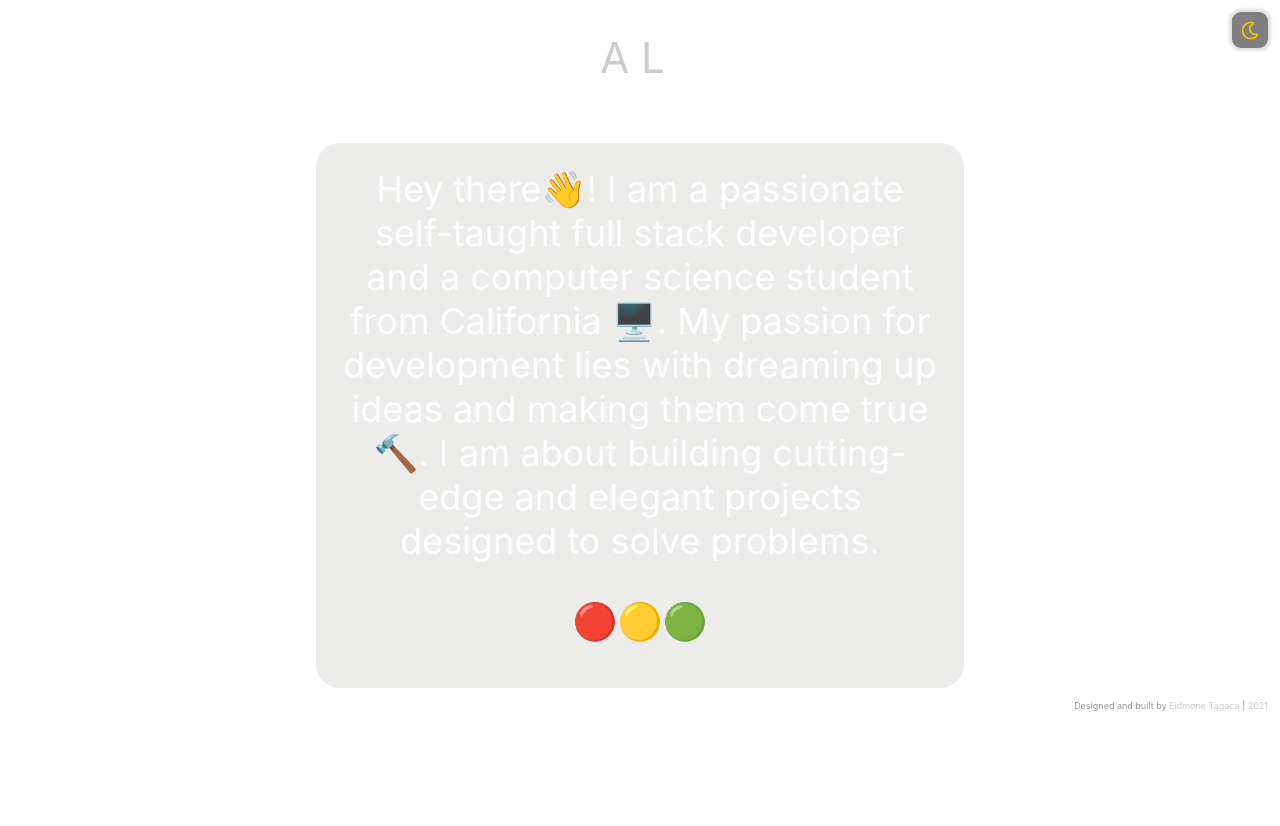
Repository: Tagaca19e/ET
Page: /
The author's editor kept a copy of each file at every save. The page is drawn from the files as they stood at one save, then again after the next save.
The browser window is 1280 px wide. The pictures show the whole page.
The project was rebuilt for these pictures with package versions that can differ from the ones it lists, and the page was loaded fresh each time. Also part of the build but not shown: src/icons/Sun.jsx, src/icons/Resume.jsx.

Above is the page before, as saved 2021-07-22 23:53:32.

### public/index.html
<!DOCTYPE html>
<html lang="en">
  <head>
    <meta charset="utf-8" />

    <!-- <meta name="title" property="og:title" content="Adam Alston" />
    <meta
      name="description"
      property="og:description"c
      content="Source: https://github.com/adamalston/v2"
    />

    <meta property="og:site_name" content="Personal Website" />
    <meta property="og:url" content="http://www.adamalston.com/" />
    <meta property="og:locale" content="en_US" />
    <meta property="og:image" content="https://git.io/JUWDe" />
    <meta property="og:image:type" content="image/png" />
    <meta property="og:image:width" content="1280" />
    <meta property="og:image:height" content="640" />
    <meta property="og:image:alt" content="adamalston.com" />
    <meta property="og:type" content="website" /> -->

    <link rel="icon" href="%PUBLIC_URL%/favicon.svg" />
    <link rel="canonical" href="https://adamalston.com" />
    <link rel="apple-touch-icon" href="%PUBLIC_URL%/favicon.svg" />
    <link rel="manifest" href="%PUBLIC_URL%/manifest.webmanifest" />

    <title>Eidmone</title>
  </head>
  <body>
    <noscript>
      Enable JavaScript to see this website.
      <a href="https://github.com/Tagaca19e/ET"> Source</a>
    </noscript>
    <div id="root"></div>
  </body>
</html>

### src/App/App.jsx
import React from "react";

import { ThemeProvider } from "./AppContext";
import { Toggle, Content, Buttons, Footer, Particles } from "./../components";
import "./app.scss";

const App = () => {
  return (
    <ThemeProvider>
      <div className="app">
        <Toggle />
        <Content />
        <Buttons />
        <Footer />
        <Particles />
      </div>
    </ThemeProvider>
  );
};

export default App;

### src/App/AppContext.jsx
import React, { createContext } from 'react';

import usePersistentState from './../hooks/PersistentState';
import { dark, light } from '../themes/Theme';

export const AppContext = createContext({
  isDark: Boolean,
  setIsDark: () => {},
});

export const ThemeProvider = ({ children }) => {
  const [isDark, setIsDark] = usePersistentState('theme', true); // default: dark mode
  const theme = isDark ? dark : light;

  const isMobile = window.matchMedia('(max-device-width: 820px) and (-webkit-min-device-pixel-ratio: 2)').matches;

  return <AppContext.Provider value={{ isDark, setIsDark, theme, isMobile }}>{children}</AppContext.Provider>;
};

### src/components/index.jsx
export * from "./Toggle";
export * from "./Content";
export * from "./Buttons";
export * from "./Footer";
export * from "./Particles";

### src/App/app.scss
html {
  overflow: hidden;
  font-size: 12px;
  font-family: -apple-system, BlinkMacSystemFont, 'Helvetica Neue', 'Segoe UI', Roboto, Oxygen, Ubuntu, Cantarell, 'Open Sans', sans-serif;
}

body {
  margin: 0;
  padding: 0;
  -webkit-font-smoothing: antialiased;
  -moz-osx-font-smoothing: grayscale;
}

.app {
  margin: 0;
  width: 100vw;
  height: 100vh;
  display: flex;
  flex-direction: column;
  align-items: center;
  justify-content: center;
  text-align: center;
}

### src/hooks/PersistentState.jsx
import { useEffect, useState } from 'react';

const usePersistentState = (key, defaultValue) => {
  const [state, setState] = useState(() => {
    const persistentState = localStorage.getItem(key);
    return persistentState ? JSON.parse(persistentState) : defaultValue;
  });

  useEffect(() => {
    window.localStorage.setItem(key, JSON.stringify(state));
  }, [state, key]);

  return [state, setState];
};

export default usePersistentState;

### src/themes/Theme.jsx
export const dark = {
  key: 'dark',
  primaryTextColor: '#FFF',
  secondaryTextColor: '#CCC',
  tertiaryTextColor: '#999',
  background: '#000',
  shadowColor: 'rgba(0, 0, 0, 0.5)',
};

export const light = {
  key: 'light',
  primaryTextColor: '#000',
  secondaryTextColor: '#333',
  tertiaryTextColor: '#777',
  background: '#FFF',
  shadowColor: 'rgba(255, 255, 255, 0.5)',
};

### src/components/Toggle.jsx
import React, { useContext } from 'react';
import styled from 'styled-components';

import { AppContext } from './../App/AppContext';
import { Moon, Sun } from './../icons';

const T = {
  Container: styled.main`
    position: fixed;
    z-index: 1;
    top: 1rem;
    right: 1rem;
    display: flex;
    flex: 1;
    align-items: center;
    justify-content: center;

    :active {
      -webkit-transform: scale(0.9);
      transform: scale(0.9);
    }
  `,
  Toggle: styled.input`
    display: none;
  `,
  Switch: styled.label`
    cursor: pointer;
    display: flex;
    width: 1.5rem;
    height: 1.5rem;
    padding: 0.75rem;
    background-color: ${({ theme }) => theme.shadowColor};
    border-radius: 25%;
    box-shadow: 0 0 0.25rem 0.25rem rgba(128, 128, 128, 0.25);
    align-items: center;
    justify-content: center;
    transition: background-color 0.5s linear;
    font-size: 0.5rem;
  `,
};

export const Toggle = () => {
  const { isDark, setIsDark, theme } = useContext(AppContext);

  return (
    <T.Container>
      <T.Toggle id='toggle' name='toggle' type='checkbox' checked={isDark} onChange={(e) => setIsDark(e.target.checked)} />
      <T.Switch theme={theme} htmlFor='toggle'>
        {isDark ? <Moon /> : <Sun />}
      </T.Switch>
    </T.Container>
  );
};

### src/components/Content.jsx
import React, { useContext } from "react";
import styled, { css } from "styled-components";
import TextLoop from "react-text-loop";

import { AppContext } from "./../App/AppContext";
import Typewriter from "typewriter-effect";

const sharedStyles = css`
  transition: color 0.5s linear;
  font-weight: normal;
  position: relative;
  z-index: 1;
`;

const C = {
  Name: styled.h1`
    ${sharedStyles};
    font-size: 6rem;
    margin: 0 0 3.5rem;
    color: ${({ theme }) => theme.primaryTextColor};
    @media only screen and (max-device-width: 820px) and (-webkit-min-device-pixel-ratio: 1.5) {
      font-size: 4.5rem;
    }
  `,
  Title: styled.h2`
    ${sharedStyles};
    font-size: 3.5rem;
    margin: 4rem 0;
    color: ${({ theme }) => theme.secondaryTextColor};
    @media only screen and (max-device-width: 820px) and (-webkit-min-device-pixel-ratio: 1.5) {
      font-size: 2.5rem;
    }
  `,
  Skills: styled.h3`
    ${sharedStyles};
    font-size: 3rem;
    margin: 5rem 0;
    color: ${({ theme }) => theme.primaryTextColor};
    max-width: 50rem;
    background: rgba(138, 138, 134, 0.16);
    border-radius: 2rem;
    font-style: bold;
    padding-top: 2rem;
    padding-bottom: 0.8rem;
    padding-right: 2rem;
    padding-left: 2rem;

    @media only screen and (max-device-width: 820px) and (-webkit-min-device-pixel-ratio: 1.5) {
      font-size: 1.5rem;
    }
  `,
};

function Type() {
  return (
    <Typewriter
      options={{
        strings: [
          "A Developer",
          "A Leader",
          "A Team Player",
          "A Hard Worker",
          "A Problem Solver",
          "A Student",
        ],
        autoStart: true,
        loop: true,
        deleteSpeed: 50,
      }}
    />
  );
}

export const Content = () => {
  const { theme } = useContext(AppContext);

  return (
    <div>
      <C.Name theme={theme} data-v2="name" aria-label="My name is Adam Alston">
        Eidmone Tagaca
      </C.Name>
      <C.Title
        theme={theme}
        data-v2="title"
        aria-label="I am a software engineer"
      >
        <Type
          theme={theme}
          data-v2="title"
          aria-label="I am a software engineer"
        />
      </C.Title>
      <C.Skills
        theme={theme}
        data-v2="skills"
        aria-label="My name is Adam Alston"
      >
        <p1>
          {" "}
          Hey there👋! I am a passionate self-taught full stack developer and a
          computer science student from California 🖥️. My passion for
          development lies with dreaming up ideas and making them come true 🔨.
          I am about building cutting-edge and elegant projects designed to
          solve problems.
        </p1>
        <p> 🔴🟡🟢</p>
        {/* <TextLoop interval={3000} delay={2000}>
          {[
            "Javascript  ",
            "Nodejs      ",
            "React       ",
            "Expressjs   ",
            "React Native",

            // "Cinema 4D",
          ].map((text) => (
            <span key={text}>{text}</span>
          ))}
        </TextLoop> */}
      </C.Skills>
    </div>
  );
};

### src/components/Buttons.jsx
import React, { useContext } from "react";
import styled from "styled-components";

import { AppContext } from "./../App/AppContext";
import { GitHub, LinkedIn, Resume, Email } from "./../icons";

const Container = styled.div`
  a,
  a:active,
  a:hover {
    outline: 0;
  }

  .button-container {
    display: inline-block;
    height: 6rem;
    width: 6rem;
    margin: 0 1.75rem;
  }

  .button {
    transition: color 0.5s linear;
    height: 6rem;
    width: 6rem;
    color: ${({ theme }) => theme.primaryTextColor};
    display: table-cell;
    vertical-align: middle;
    text-align: center;
    text-decoration: none;
    position: relative;
    z-index: 1;
    border-radius: 25%;
  }

  .icon {
    height: 4.5rem;
    width: 4.5rem;
    padding: 1rem;
  }

  .icon_title {
    font-size: 1.25rem;
  }

  .button:hover {
    background-color: ${({ theme }) => theme.shadowColor};
    box-shadow: 0 0 0.75rem 0.75rem rgba(128, 128, 128, 0.25);
  }

  .button:active {
    -webkit-transform: scale(0.9);
    transform: scale(0.9);
  }

  .button-container .icon_title {
    display: none;
  }

  .button-container:hover .icon_title {
    display: initial;
  }

  .button-container:hover .icon {
    display: none;
  }

  @media only screen and (max-device-width: 820px) and (-webkit-min-device-pixel-ratio: 2) {
    .button-container {
      height: 5rem;
      width: 5rem;
      margin: 0 0.8rem;
    }

    .button {
      height: 5rem;
      width: 5rem;
    }

    .icon {
      height: 4rem;
      width: 4rem;
      padding: 0.5rem;
    }

    .icon_title {
      font-size: 1rem;
    }
  }
`;

export const Buttons = () => {
  const { theme } = useContext(AppContext);

  const DATA = [
    {
      href: "https://github.com/Tagaca19e",
      aria: "Visit my GitHub profile",
      icon: <GitHub />,
      label: "GitHub",
    },
    {
      href: "https://www.linkedin.com/in/eidmone-tagaca-6ab45717b/",
      aria: "Visit my LinkedIn profile",
      icon: <LinkedIn />,
      label: "LinkedIn",
    },
    {
      href: "mailto:etagaca@csub.edu",
      aria: "Send me an email with this template",
      icon: <Email />,
      label: "Email",
    },
  ];

  return (
    <Container theme={theme}>
      {DATA.map(({ href, aria, icon, label }, i) => (
        <span className="button-container" key={i}>
          <a
            className="button"
            href={href}
            target="_self"
            aria-label={aria}
            rel="noopener noreferrer"
          >
            <div className="icon">{icon}</div>
            <span className="icon_title" data-v2={label}>
              {label}
            </span>
          </a>
        </span>
      ))}
    </Container>
  );
};

### src/components/Footer.jsx
import React, { useContext } from "react";
import styled from "styled-components";

import { AppContext } from "./../App/AppContext";

const F = {
  Container: styled.div`
    position: absolute;
    bottom: 0;
    right: 0;
    font-size: 0.75rem;
    padding-right: ${({ isMobile }) => (isMobile ? "1.5rem" : "1rem")};
    z-index: 1;
  `,
  Text: styled.p`
    transition: color 0.5s linear;
    color: ${({ theme }) => theme.tertiaryTextColor};
  `,
  Link: styled.a`
    transition: color 0.5s linear;
    text-decoration: none;
    color: ${({ theme }) => theme.secondaryTextColor};
  `,
};

export const Footer = () => {
  const { theme, isMobile } = useContext(AppContext);

  return (
    <F.Container isMobile={isMobile}>
      <F.Text theme={theme} aria-label="Designed and built by Adam Alston">
        Designed and built by&nbsp;
        <F.Link
          theme={theme}
          data-v2="creator"
          href="https://www.linkedin.com/in/eidmone-tagaca-6ab45717b/"
        >
          Eidmone Tagaca
        </F.Link>
        {isMobile ? (
          <></>
        ) : (
          <>
            &nbsp;|&nbsp;
            <F.Link
              theme={theme}
              data-v2="source"
              aria-label="Source code"
              href="https://github.com/jtagaca12/ET"
            >
              2021
            </F.Link>
          </>
        )}
      </F.Text>
    </F.Container>
  );
};

### src/components/Particles.jsx
import React, { useContext } from "react";
import styled from "styled-components";
import { Particles as ReactParticles } from "react-tsparticles";

import { AppContext } from "./../App/AppContext";

const P = {
  Container: styled.div`
    transition: background-color 0.5s linear;
    position: absolute;
    background-color: ${({ theme }) => theme.background};
    background-repeat: no-repeat;
    background-size: cover;
    background-position: 50% 50%;
    z-index: 0;
  `,
};

export const Particles = () => {
  const { theme } = useContext(AppContext);

  const OPTIONS = {
    particles: {
      number: {
        value: 100,
        density: {
          enable: true,
          area: 800,
        },
      },
      color: {
        value: ["c912ed", "00bfff", "22dd22", "ffd500", "ff8000", "ff2600"],
      },
      shape: {
        type: "square",
        stroke: {
          width: 0,
          color: "000",
        },
        polygon: {
          nb_sides: 5,
        },
        image: {
          src: "img/github.svg",
          width: 100,
          height: 100,
        },
      },
      opacity: {
        value: 0.9,
        random: false,
        anim: {
          enable: false,
          speed: 1,
          opacity_min: 0.5,
          sync: false,
        },
      },
      size: {
        value: 4,
        random: {
          enable: true,
          minimumValue: 2,
        },
        anim: {
          enable: false,
          speed: 30,
          size_min: 0.1,
          sync: true,
        },
      },
      links: {
        enable: true,
        distance: 75,
        color: "999",
        opacity: 0.9,
        width: 1,
        consent: false,
        blink: false,
      },
      move: {
        enable: true,
        speed: 2,
        direction: "none",
        random: false,
        straight: false,
        out_mode: "bounce",
        bounce: false,
        attract: {
          enable: false,
          rotateX: 600,
          rotateY: 1200,
        },
      },
    },
    interactivity: {
      detect_on: "canvas",
      events: {
        onhover: {
          enable: true,
          mode: "repulse",
        },
        onclick: {
          enable: true,
          mode: "push",
        },
        resize: true,
      },
      modes: {
        attract: {
          distance: 100,
          duration: 1,
          speed: 5,
        },
        bubble: {
          distance: 400,
          size: 40,
          duration: 2,
          opacity: 8,
          speed: 3,
        },
        grab: {
          distance: 400,
          line_linked: {
            opacity: 1,
          },
        },
        push: {
          particles_nb: 3,
        },
        remove: {
          particles_nb: 2,
        },
        repulse: {
          distance: 100,
          duration: 1,
        },
      },
    },
    retina_detect: true,
    fpsLimit: 60,
    // 3m@62^K^88745%
  };

  return (
    <P.Container theme={theme}>
      <ReactParticles width="100vw" height="100vh" options={OPTIONS} />
    </P.Container>
  );
};

### src/icons/index.jsx
export * from './Moon';
export * from './Sun';
export * from './GitHub';
export * from './LinkedIn';
export * from './Resume';
export * from './Email';

### src/icons/Moon.jsx
import React from 'react';

export const Moon = () => (
  <svg role='img' viewBox='0 0 512 512' xmlns='http://www.w3.org/2000/svg' height='4.5em' width='4.5em'>
    <title>Moon Icon</title>
    <path fill='#F1C40F' d='M279.135 512c78.756 0 150.982-35.804 198.844-94.775 28.27-34.831-2.558-85.722-46.249-77.401-82.348 15.683-158.272-47.268-158.272-130.792 0-48.424 26.06-92.292 67.434-115.836 38.745-22.05 29-80.788-15.022-88.919A257.936 257.936 0 00279.135 0c-141.36 0-256 114.575-256 256 0 141.36 114.576 256 256 256zm0-464c12.985 0 25.69 1.201 38.016 3.478-54.76 31.163-91.693 90.042-91.693 157.554 0 113.848 103.641 199.2 215.252 177.944C402.574 433.964 344.366 464 279.135 464c-114.875 0-208-93.125-208-208s93.125-208 208-208z'/>
  </svg>
);

### src/icons/GitHub.jsx
import React from 'react';

export const GitHub = () => (
  <svg role='img' viewBox='0 0 512 512' xmlns='http://www.w3.org/2000/svg'>
    <title>GitHub Icon</title>
    <path fill='currentColor' d='M296.133 354.174c49.885-5.891 102.942-24.029 102.942-110.192 0-24.49-8.624-44.448-22.67-59.869 2.266-5.89 9.515-28.114-2.734-58.947 0 0-18.139-5.898-60.759 22.669-18.139-4.983-38.09-8.163-56.682-8.163-19.053 0-39.011 3.18-56.697 8.163-43.082-28.567-61.22-22.669-61.22-22.669-12.241 30.833-4.983 53.057-2.718 58.947-14.061 15.42-22.677 35.379-22.677 59.869 0 86.163 53.057 104.301 102.942 110.192-6.344 5.452-12.241 15.873-14.507 30.387-12.702 5.438-45.808 15.873-65.758-18.592 0 0-11.795-21.31-34.012-22.669 0 0-22.224-.453-1.813 13.592 0 0 14.96 6.812 24.943 32.653 0 0 13.6 43.089 76.179 29.48v38.543c0 5.906-4.53 12.702-15.865 10.89C96.139 438.977 32.2 354.626 32.2 255.77c0-123.807 100.216-224.022 224.03-224.022 123.347 0 224.023 100.216 223.57 224.022 0 98.856-63.946 182.754-152.828 212.688-11.342 2.266-15.873-4.53-15.873-10.89V395.45c.001-20.873-6.811-34.465-14.966-41.276zM512 256.23C512 114.73 397.263 0 256.23 0 114.73 0 0 114.73 0 256.23 0 397.263 114.73 512 256.23 512 397.263 512 512 397.263 512 256.23z'/>
  </svg>
);

### src/icons/LinkedIn.jsx
import React from 'react';

export const LinkedIn = () => (
  <svg role='img' viewBox='0 0 512 512' xmlns='http://www.w3.org/2000/svg'>
    <title>LinkedIn Icon</title>
    <path fill='currentColor' d='M160.008 423h-70V197h70zm6.984-298.004c0-22.629-18.36-40.996-40.976-40.996C103.312 84 85 102.367 85 124.996 85 147.633 103.313 166 126.016 166c22.617 0 40.976-18.367 40.976-41.004zM422 298.664C422 237.996 409.184 193 338.312 193c-34.054 0-56.914 17.031-66.246 34.742H272V197h-68v226h68V310.79c0-29.388 7.48-57.856 43.906-57.856 35.93 0 37.094 33.605 37.094 59.722V423h69zM512 452V60c0-33.086-26.914-60-60-60H60C26.914 0 0 26.914 0 60v392c0 33.086 26.914 60 60 60h392c33.086 0 60-26.914 60-60zM455.26 32C466.694 32 480 45.305 480 56.74v398.52c0 11.435-13.305 24.74-24.74 24.74H56.74C45.306 480 32 466.695 32 455.26V56.74C32 45.306 45.305 32 56.74 32zM452 40'/>
  </svg>
);

### src/icons/Email.jsx
import React from 'react';

export const Email = () => (
  <svg role='img' viewBox='0 0 512 512' xmlns='http://www.w3.org/2000/svg'>
    <title>Email Icon</title>
    <path fill='currentColor' d='M464.004 4.326L15.986 262.714c-23 13.3-20.7 47.198 3.8 57.297l140.206 57.997v101.996c0 30.198 37.802 43.298 56.702 20.299l60.703-73.797L403.8 478.704c19.101 7.9 40.702-4.2 43.802-24.7l64.003-417.08c4.1-26.698-24.601-45.897-47.602-32.598zm-272.01 475.678v-88.796l54.501 22.499zm224.008-30.899l-206.208-85.196L409.302 128.12c4.8-5.6-2.9-13.199-8.5-8.4l-255.31 217.59-113.505-46.797L480.004 32.025z'/>
  </svg>
);

Loaded but not shown: src/index.jsx (common file)

After the next save:
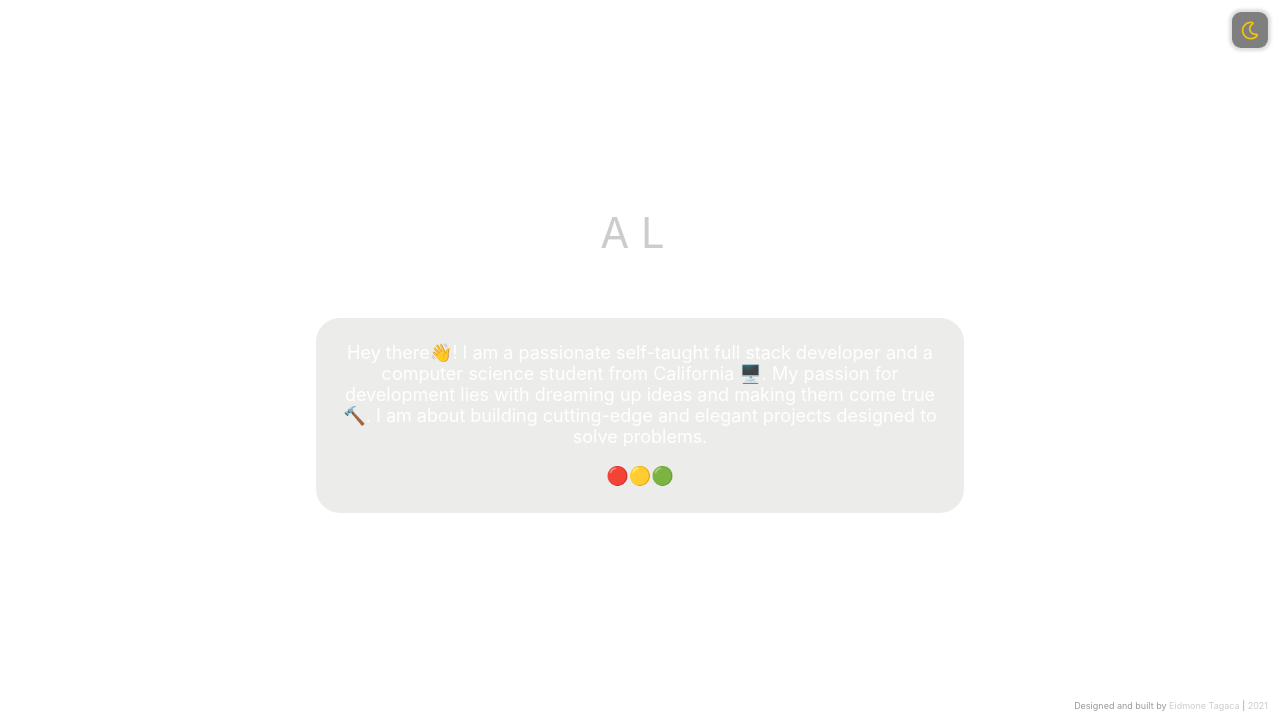
Saved 20 s later.
--- a/src/components/Content.jsx
+++ b/src/components/Content.jsx
@@ -33,7 +33,7 @@ const C = {
   `,
   Skills: styled.h3`
     ${sharedStyles};
-    font-size: 3rem;
+    font-size: 1.5rem;
     margin: 5rem 0;
     color: ${({ theme }) => theme.primaryTextColor};
     max-width: 50rem;
